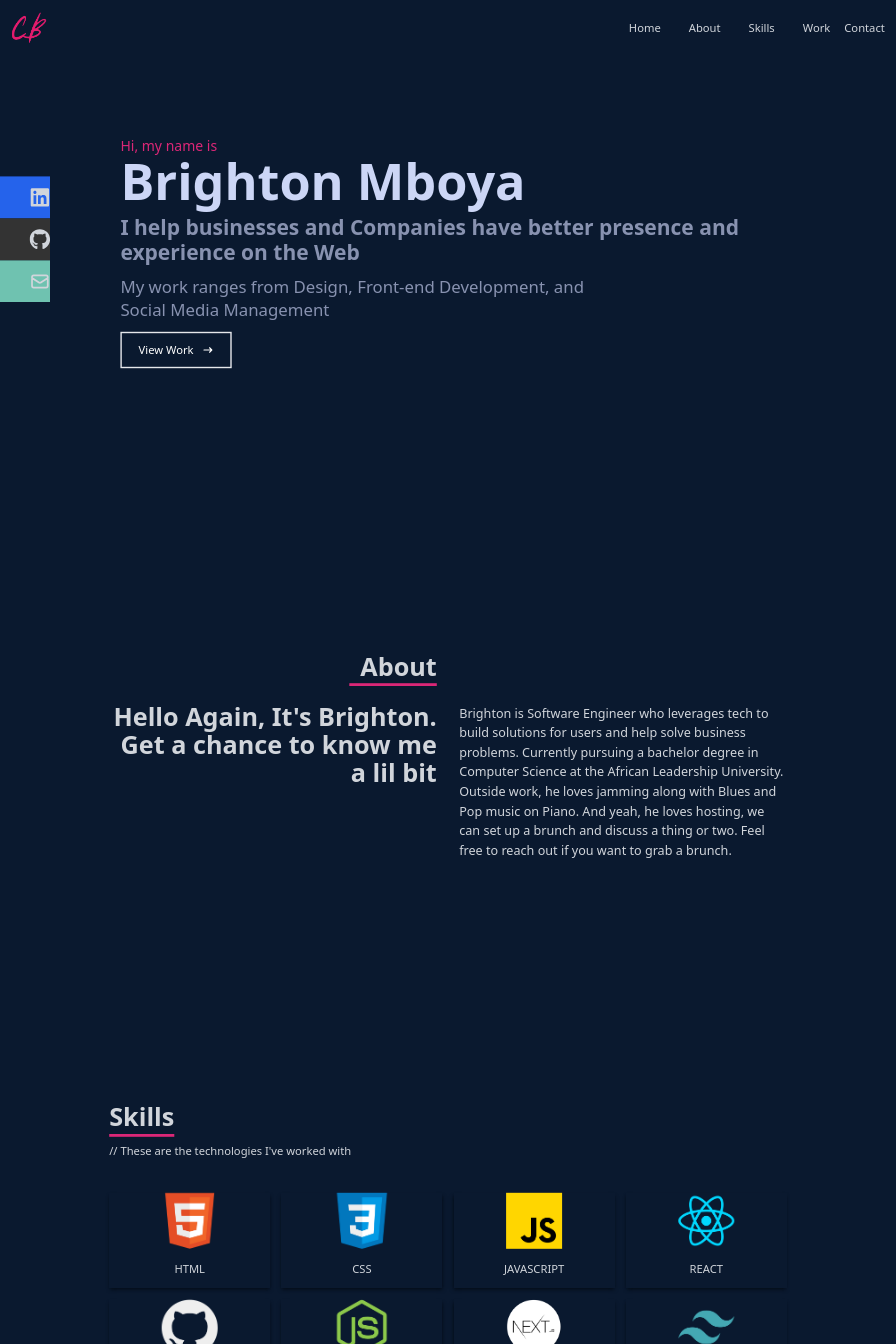
Repository: BrightonMboya/portfolio
Page: /
The author's editor kept a copy of each file at every save. The page is drawn from the files as they stood at one save, then again after the next save.
The browser window is 1280 px wide. The pictures show the part of the page from y = 0 to 1920 px (the page is 3600 px tall), at 70% of full size.
The project was rebuilt for these pictures with package versions that can differ from the ones it lists, and the page was loaded fresh each time.

Above is the page before, as saved 2022-06-19 11:03:27.

### src/App.js
import React from 'react'
import Navbar from './Components/NavBar';
import Home from './Components/Home';
import About from './Components/About';
import Skills from './Components/Skills';
import Work from './Components/Work';
import Contact from './Components/Contact';
function App() {
  return (
  <React.Fragment>
    <Navbar/>
    <Home/>
    <About/>
    <Skills/>
    <Work/>
    <Contact/>
  </React.Fragment>
  );
}

export default App;

### src/Components/NavBar.jsx
import React, { useState } from "react";
import { FaBars, FaTimes, FaGithub, FaLinkedin } from "react-icons/fa";
import { HiOutlineMail } from "react-icons/hi";
import { BsFillPersonLinesFill } from "react-icons/bs";
import Logo from "../assets/logo.png";
import { Link } from "react-scroll";

const Navbar = () => {
  const [nav, setNav] = useState(false);
  const handleClick = () => setNav(!nav);

  return (
    <div className="fixed w-full h-[80px] flex justify-between items-center px-4 bg-[#0a192f] text-gray-300">
      <div>
        <img src={Logo} alt="Logo" style={{ width: "50px" }} />
      </div>

      {/* menu */}
      <ul className="hidden md:flex cursor-pointer">
        <li className="px-5">
          <Link to="home" smooth={true} duration={500}>
            Home
          </Link>
        </li>
        <li className="px-5">
          <Link to="about" smooth={true} duration={500}>
            About
          </Link>
        </li>
        <li className="px-5">
          <Link to="skills" smooth={true} duration={500}>
            Skills
          </Link>
        </li>
        <li className="px-5">
          <Link to="work" smooth={true} duration={500}>
            Work
          </Link>
        </li>
        <li>
          <Link to="contact" smooth={true} duration={500}>
            Contact
          </Link>
        </li>
      </ul>

      {/* Hamburger */}
      <div onClick={handleClick} className="md:hidden z-10">
        {!nav ? <FaBars /> : <FaTimes />}
      </div>

      {/* Mobile menu */}
      <ul
        className={
          !nav
            ? "hidden"
            : "absolute top-0 left-0 w-full h-screen bg-[#0a192f] flex flex-col justify-center items-center"
        }
      >
        <li className="py-6 text-4xl">
          <Link onClick={handleClick} to="home" smooth={true} duration={500}>
            Home
          </Link>
        </li>
        <li className="py-6 text-4xl">
          {" "}
          <Link onClick={handleClick} to="about" smooth={true} duration={500}>
            About
          </Link>
        </li>
        <li className="py-6 text-4xl">
          {" "}
          <Link onClick={handleClick} to="skills" smooth={true} duration={500}>
            Skills
          </Link>
        </li>
        <li className="py-6 text-4xl">
          {" "}
          <Link onClick={handleClick} to="work" smooth={true} duration={500}>
            Work
          </Link>
        </li>
        <li className="py-6 text-4xl">
          {" "}
          <Link onClick={handleClick} to="contact" smooth={true} duration={500}>
            Contact
          </Link>
        </li>
      </ul>

      {/* Social icons */}
      <div className="hidden lg:flex fixed flex-col top-[35%] left-0 ml-3">
        <ul>
          <li className="w-[160px] h-[60px] flex justify-between items-center ml-[-100px] hover:ml-[-10px] duration-300 bg-blue-600">
            <a
              className="flex justify-between items-center w-full text-gray-300"
              href="https://www.linkedin.com/in/brighton-mboya-52b455158/"
            >
              Linkedin <FaLinkedin size={30} />
            </a>
          </li>
          <li className="w-[160px] h-[60px] flex justify-between items-center ml-[-100px] hover:ml-[-10px] duration-300 bg-[#333333]">
            <a
              className="flex justify-between items-center w-full text-gray-300"
              href="https://github.com/BrightonMboya"
              target="_blank"
            >
              Github <FaGithub size={30} />
            </a>
          </li>
          <li className="w-[160px] h-[60px] flex justify-between items-center ml-[-100px] hover:ml-[-10px] duration-300 bg-[#6fc2b0]">
            <a
              className="flex justify-between items-center w-full text-gray-300"
              href="b.mboya@alustudent.com"
              target="_blank"
            >
              Email <HiOutlineMail size={30} />
            </a>
          </li>
        </ul>
      </div>
    </div>
  );
};

export default Navbar;

### src/Components/Home.jsx
import React from "react";
import { HiArrowNarrowRight } from "react-icons/hi";

const Home = () => {
  return (
    <div name="home" className="w-full h-screen bg-[#0a192f]">
      <div className="max-w-[1000px] mx-auto px-8 justify-center h-full flex flex-col">
        <p className="text-pink-600 text-lg lg:text-xl">Hi, my name is</p>
        <h1 className="text-[#ccd6f6] text-4xl font-bold sm:text-7xl">
          Brighton Mboya
        </h1>
        <h1 className="text-xl font-bold mt-3 text-[#8892b0] md:text-3xl">
          I help businesses and Companies have better presence and experience on
          the Web
        </h1>
        <p className="text-[#8892b0] py-4 max-w-[700px] text-lg md:text-2xl">
          My work ranges from Design, Front-end Development, and Social Media
          Management
        </p>
        <div>
          <button className="text-white group border-2 px-6 py-3 flex items-center hover:bg-pink-600 hover:border-pink-600">
            View Work
            <span className="group-hover:rotate-90 duration-300">
              <HiArrowNarrowRight className="ml-3" />
            </span>
          </button>
        </div>
      </div>
    </div>
  );
};

export default Home;

### src/Components/About.jsx
import React from "react";

const About = () => {
  return (
    <div name="about" className="w-full h-screen bg-[#0a192f] text-gray-300">
      <div className="flex flex-col justify-center items-center w-full h-screen">
        <div className="max-w-[1000px] w-full grid grid-cols-2 gap-8">
          <div className="sm:text-right pb-8 pl-4">
            <p className="text-4xl font-bold inline border-b-4 pl-4 border-pink-600">
              About
            </p>
          </div>
        </div>

        <div className="max-w-[1000px] w-full grid sm:grid-cols-2 gap-8 px-4">
          <div className="sm:text-right text-4xl font-bold">
            <p>Hello Again, It's Brighton. Get a chance to know me a lil bit</p>
          </div>
          <div>
            <p className="text-lg">
              Brighton is Software Engineer who leverages tech to build
              solutions for users and help solve business problems. Currently
              pursuing a bachelor degree in Computer Science at the African
              Leadership University. Outside work, he loves jamming along with
              Blues and Pop music on Piano. And yeah, he loves hosting, we can
              set up a brunch and discuss a thing or two. Feel free to reach out
              if you want to grab a brunch.
            </p>
          </div>
        </div>
      </div>
    </div>
  );
};

export default About;

### src/Components/Skills.jsx
import React from "react";
import HTML from "../assets/html.png";
import CSS from "../assets/css.png";
import JavaScript from "../assets/javascript.png";
import ReactImg from "../assets/react.png";
import Node from "../assets/node.png";
import AWS from "../assets/aws.png";
import GitHub from "../assets/github.png";
import next from "../assets/next.png";
import Tailwind from "../assets/tailwind.png";

const Skills = () => {
  return (
    <div
      className="w-full h-screen bg-[#0a192f] text-gray-300"
      name="skills"
      id="skills"
    >
      <div className="max-w-[1000px] mx-auto p-4 flex flex-col justify-center w-full h-full">
        <div>
          <p className="text-4xl font-bold inline border-b-4 border-pink-600 ">
            Skills
          </p>
          <p className="py-4">// These are the technologies I've worked with</p>
        </div>

        <div className="w-full grid grid-cols-2 sm:grid-cols-4 gap-4 text-center py-8">
          <div className="shadow-md shadow-[#040c16] hover:scale-110 duration-500">
            <img className="w-20 mx-auto" src={HTML} alt="HTML icon" />
            <p className="my-4">HTML</p>
          </div>
          <div className="shadow-md shadow-[#040c16] hover:scale-110 duration-500">
            <img className="w-20 mx-auto" src={CSS} alt="HTML icon" />
            <p className="my-4">CSS</p>
          </div>
          <div className="shadow-md shadow-[#040c16] hover:scale-110 duration-500">
            <img className="w-20 mx-auto" src={JavaScript} alt="HTML icon" />
            <p className="my-4">JAVASCRIPT</p>
          </div>
          <div className="shadow-md shadow-[#040c16] hover:scale-110 duration-500">
            <img className="w-20 mx-auto" src={ReactImg} alt="HTML icon" />
            <p className="my-4">REACT</p>
          </div>
          <div className="shadow-md shadow-[#040c16] hover:scale-110 duration-500">
            <img className="w-20 mx-auto" src={GitHub} alt="HTML icon" />
            <p className="my-4">GITHUB</p>
          </div>
          <div className="shadow-md shadow-[#040c16] hover:scale-110 duration-500">
            <img className="w-20 mx-auto" src={Node} alt="HTML icon" />
            <p className="my-4">NODE JS</p>
          </div>
          <div className="shadow-md shadow-[#040c16] hover:scale-110 duration-500">
            <img className="w-20 mx-auto" src={next} alt="HTML icon" />
            <p className="my-4">NextJS</p>
          </div>
          <div className="shadow-md shadow-[#040c16] hover:scale-110 duration-500">
            <img className="w-20 mx-auto" src={Tailwind} alt="HTML icon" />
            <p className="my-4">TailwindCSS</p>
          </div>
        </div>
      </div>
    </div>
  );
};

export default Skills;

### src/Components/Work.jsx
import React from "react";
import shamba from "../assets/shamba.jpg";
import skope from "../assets/skope.jpg";
import pet from "../assets/pet.jpg";
import reddit from "../assets/reddit.jpg";
import portfolio from '../assets/portfolio.jpg'

const Work = () => {
  return (
    <div name="work" className="w-full md:h-screen text-gray-300 bg-[#0a192f]">
      <div className="max-w-[1000px] mx-auto p-4 flex flex-col justify-center w-full h-full">
        <div className="pb-8">
          <p className="text-4xl font-bold inline border-b-4 text-gray-300 border-pink-600">
            Work
          </p>
          <p className="py-6">// Check out some of my recent work</p>
        </div>

        {/* Container */}
        <div className="grid sm:grid-cols-2 md:grid-cols-3 gap-4">
          {/* Grid Item */}
          <div
            style={{
              backgroundImage: `url(${shamba})`,
              objectPosition: "cover",
            }}
            className="shadow-lg shadow-[#040c16] group container rounded-md flex justify-center items-center mx-auto content-div w-full h-full bg-no-repeat bg-cover"
          >
            {/* Hover Effects */}
            <div className="opacity-0 group-hover:opacity-100">
              <span className="text-lg ml-3 font-bold text-white tracking-wider">
                Helped Shambda Data have a better experience on the web. I build
                their website using Next, and TailwindCSS
              </span>
              <div className="pt-8 text-center">
                <a href="https://shamba-dataa.vercel.app/" target="_blank">
                  <button className="text-center rounded-lg px-4 py-3 m-2 bg-white text-gray-700 font-bold text-lg">
                    Demo
                  </button>
                </a>
              </div>
            </div>
          </div>
          <div
            style={{
              backgroundImage: `url(${skope})`,
              objectPosition: "cover",
            }}
            className="shadow-lg shadow-[#040c16] group container rounded-md flex justify-center items-center mx-auto content-div w-full h-full bg-no-repeat bg-cover"
          >
            {/* Hover Effects */}
            <div className="opacity-0 group-hover:opacity-100">
              <span className="text-lg font-bold text-white tracking-wider">
                  Build a landing page for a startup using React, and TailWindCSS
              </span>
              <div className="pt-8 text-center">
                <a href="skope.vercel.app" target='_blank'>
                  <button className="text-center rounded-lg px-4 py-3 m-2 bg-white text-gray-700 font-bold text-lg">
                    Demo
                  </button>
                </a>
                <a href="https://github.com/BrightonMboya/Skope" target='_blank'>
                  <button className="text-center rounded-lg px-4 py-3 m-2 bg-white text-gray-700 font-bold text-lg">
                    Code
                  </button>
                </a>
              </div>
            </div>
          </div>
          {/* Grid Item */}
          <div
            style={{ backgroundImage: `url(${pet})`, objectPosition: "cover" }}
            className="shadow-lg shadow-[#040c16] group container rounded-md flex justify-center items-center mx-auto content-div  w-full h-full bg-no-repeat bg-cover"
          >
            {/* Hover Effects */}
            <div className="opacity-0 group-hover:opacity-100">
              <span className="text-lg font-bold text-white tracking-wider">
                A landing page for a Pet Store using HTML, CSS and JS
              </span>
              <div className="pt-8 text-center">
                <a href="https://625d25be854d190d429096ec--merry-crepe-a1321f.netlify.app/" target="_blank">
                  <button className="text-center rounded-lg px-4 py-3 m-2 bg-white text-gray-700 font-bold text-lg">
                    Demo
                  </button>
                </a>
                <a href="https://www.figma.com/file/Oxeoui287KWCbcYWXQspCr/Pet-Store-Landing-Page?node-id=0%3A1">
                  <button className="text-center rounded-lg px-4 py-3 m-2 bg-white text-gray-700 font-bold text-lg">
                    Code
                  </button>
                </a>
              </div>
            </div>
          </div>
          <div
            style={{
              backgroundImage: `url(${reddit})`,
              objectPosition: "cover",
            }}
            className="shadow-lg shadow-[#040c16] group container rounded-md flex justify-center items-center mx-auto content-div w-full h-full bg-no-repeat bg-cover"
          >
            {/* Hover Effects */}
            <div className="opacity-0 group-hover:opacity-100">
              <span className="text-lg font-bold text-gray-100 tracking-wider">
                A Reddit Clone that allows users support CRUD on posts, comments and vots. Build with MERN
              </span>
              <div className="pt-8 text-center">
                <a href="https://reddit-backedn.herokuapp.com/" target='_blank'>
                  <button className="text-center rounded-lg px-4 py-3 m-2 bg-white text-gray-700 font-bold text-lg">
                    Demo
                  </button>
                </a>
                <a href="https://www.figma.com/file/Oxeoui287KWCbcYWXQspCr/Pet-Store-Landing-Page?node-id=0%3A1" target="_blank">
                  <button className="text-center rounded-lg px-4 py-3 m-2 bg-white text-gray-700 font-bold text-lg">
                    Code
                  </button>
                </a>
              </div>
            </div>
          </div>
          {/* Grid Item */}
          <div
            style={{ backgroundImage: `url(${portfolio})`, objectPosition: 'cover' }}
            className="shadow-lg shadow-[#040c16] group container rounded-md flex justify-center items-center mx-auto content-div  bg-no-repeat bg-cover md:h-[20vh]"
          >
            {/* Hover Effects */}
            <div className="opacity-0 group-hover:opacity-100">
              <span className="text-lg font-bold text-white tracking-wider">
                A portfolio Template for software engineers. Made with HTML, TailWindCSS, and JS.
              </span>
              <div className="pt-8 text-center">
                <a href="https://625ed8d3fd62bb26db0b6dde--merry-crepe-a1321f.netlify.app/">
                  <button className="text-center rounded-lg px-4 py-3 m-2 bg-white text-gray-700 font-bold text-lg">
                    Demo
                  </button>
                </a>
              </div>
            </div>
          </div>
        </div>
      </div>
    </div>
  );
};

export default Work;

### src/Components/Contact.jsx
import React from "react";

const Contact = () => {
  return (
    <div
      name="contact"
      className="w-full h-screen bg-[#0a192f] flex justify-center items-center p-4"
    >
      <form
        method="POST"
        action="https://getform.io/f/db1e5b4f-6944-401a-89fd-24939c93824b"
        className="flex flex-col max-w-[600px] w-full"
      >
        <div className="pb-8">
          <p className="text-4xl font-bold inline border-b-4 border-pink-600 text-gray-300">
            Contact
          </p>
          <p className="text-gray-300 py-4">
            // Submit the form below or shoot me an email -
            b.mboya@alustudent.com
          </p>
        </div>
        <input
          className="bg-[#ccd6f6] p-2"
          type="text"
          placeholder="Name"
          name="name"
        />
        <input
          className="my-4 p-2 bg-[#ccd6f6]"
          type="email"
          placeholder="Email"
          name="email"
        />
        <textarea
          className="bg-[#ccd6f6] p-2"
          name="message"
          rows="10"
          placeholder="Message"
        ></textarea>
        <button className="text-white border-2 hover:bg-pink-600 hover:border-pink-600 px-4 py-3 my-8 mx-auto flex items-center">
          Let's Collaborate
        </button>
      </form>
    </div>
  );
};

export default Contact;

Loaded but not shown: public/index.html (common file); src/index.js (common file); src/index.css (common file); tailwind.config.js (common file)

After the next save:
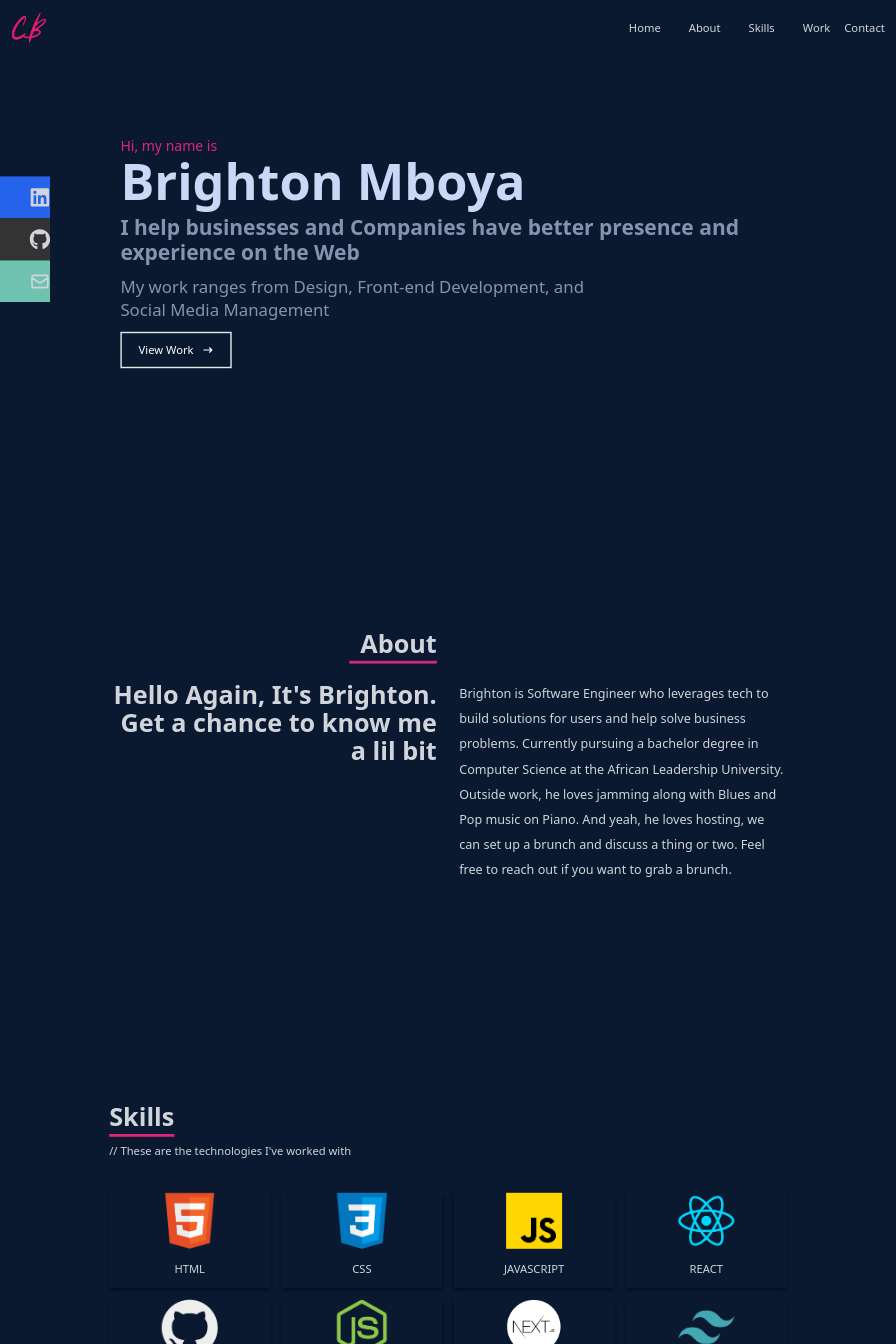
Saved 35 s later.
--- a/src/Components/About.jsx
+++ b/src/Components/About.jsx
@@ -17,7 +17,7 @@
             <p>Hello Again, It's Brighton. Get a chance to know me a lil bit</p>
           </div>
           <div>
-            <p className="text-lg">
+            <p className="text-lg md:leading-loose">
               Brighton is Software Engineer who leverages tech to build
               solutions for users and help solve business problems. Currently
               pursuing a bachelor degree in Computer Science at the African
